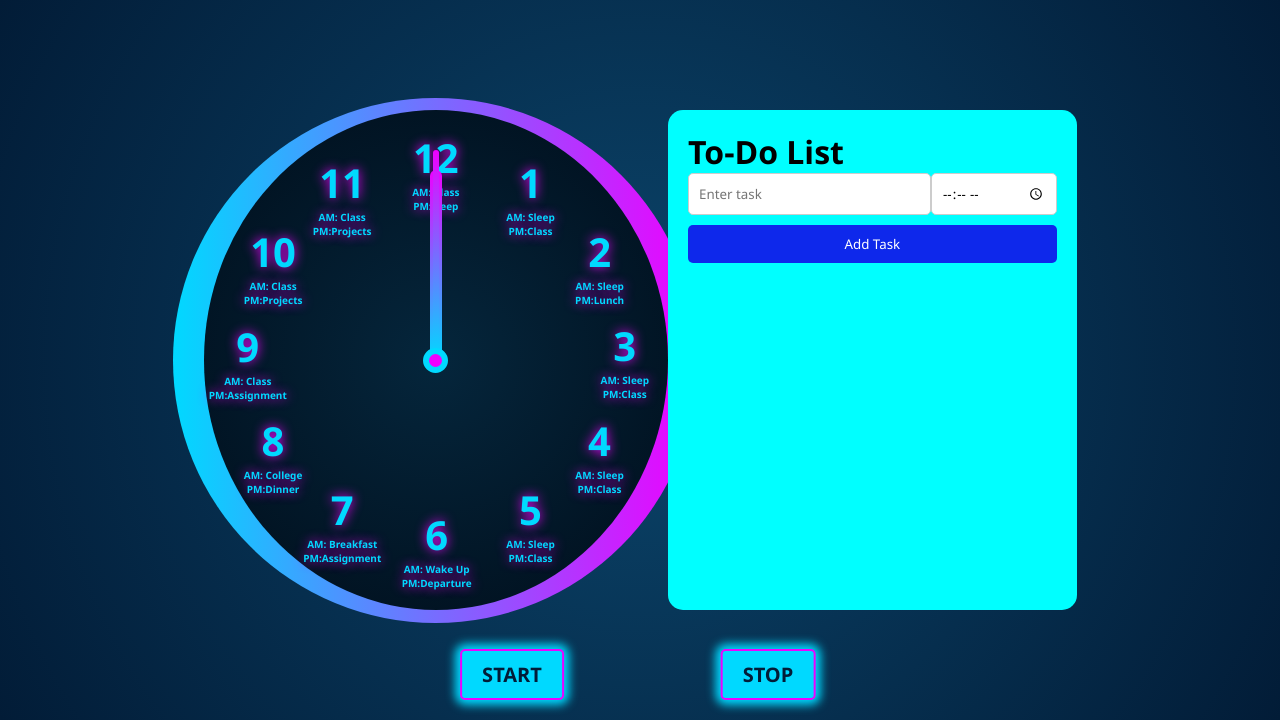
Repository: Suryansh-D/Cool-Clock
Page: index.html
These files come from the project's save history. The page is drawn as it stood at one moment and after the next save; the edit follows.
The browser window is 1280 px wide. The pictures show the whole page.

Above is the page before, as saved 2024-01-30 18:41:29.

### index.html
<!DOCTYPE html>
<html>
<head>
    <title>Schedule Clock</title>
    <link rel="stylesheet" href="style.css">
</head>
<body>
    <div class="All">
    <div class="clock" id="clock">
        <div class="number" style="--n:1"><b>1 <p class="task">AM: Sleep<p class="task">PM:Class</p></p></b></div>
        <div class="number" style="--n:2"><b>2 <p class="task">AM: Sleep<p class="task">PM:Lunch</p></p></b></div>
        <div class="number" style="--n:3"><b>3 <p class="task">AM: Sleep<p class="task">PM:Class</p></p></b></div>
        <div class="number" style="--n:4"><b>4 <p class="task">AM: Sleep<p class="task">PM:Class</p></p></b></div>
        <div class="number" style="--n:5"><b>5 <p class="task">AM: Sleep<p class="task">PM:Class</p></p></b></div>
        <div class="number" style="--n:6"><b>6 <p class="task">AM: Wake Up<p class="task">PM:Departure</p></p></b></div>
        <div class="number" style="--n:7"><b>7 <p class="task">AM: Breakfast<p class="task">PM:Assignment</p></p></b></div>
        <div class="number" style="--n:8"><b>8 <p class="task">AM: College<p class="task">PM:Dinner</p></p></b></div>
        <div class="number" style="--n:9"><b>9 <p class="task">AM: Class<p class="task">PM:Assignment</p></p></b></div>
        <div class="number" style="--n:10"><b>10 <p class="task">AM: Class<p class="task">PM:Projects</p></p></b></div>
        <div class="number" style="--n:11"><b>11 <p class="task">AM: Class<p class="task">PM:Projects</p></p></b></div>
        <div class="number" style="--n:12"><b>12 <p class="task">AM: Class<p class="task">PM:Sleep</p></p></b></div>
        <div class="hour-hand" id="hour-hand"></div>
        <div class="minute-hand" id="minute-hand"></div>
        <div class="second-hand" id="second-hand"></div>
        <div class="center-dot"></div>
    </div>
    <button class="start-btn" id="start-btn"><b>START</b></button>
    <button class="stop-btn" id="stop-btn"><b>STOP</b></button>
    <!-- <button class="To-do" id="ToDobutton"><b>Make a To Do List</b></button> -->
    <div class="ToDoContainer" id="ToDoContainer">
        <h1>To-Do List</h1>
        <div class="entry">
        <input type="text" id="task-input" placeholder="Enter task" class="entertask">
        <input type="time" id="time-input" class="entertime"></div>
        <button onclick="addTask()" class="addtask">Add Task</button>
        <ul id="task-list">
        </ul>
        </div>
        </div>


      </div><script src="script.js"></script>
</body>
</html>

### style.css
*{
    margin: 0;
    padding: 0;
    box-sizing: border-box;
    font-family: 'Segoe UI', Tahoma, Geneva, Verdana, sans-serif;
}

body{
    display: flex;
    justify-content: center;
    align-items: center;
    height: 100vh;
    background: radial-gradient(circle,#0b456b, #021c37)
}
.clock{
    width: 500px;
    height: 500px;
    position: relative;
    background-color: lightgray;
    border-radius: 50%;
    display: flex;
    justify-content: center;
    align-items: center;
    background: radial-gradient(circle,#05263c , #000d1a);
}
.clock::before{
    content: "";
    position: absolute;
    width: 525px;
    height: 525px;
    border-radius: 50%;
    background:linear-gradient(to right, #00d9ff,#ee00ff);
    box-shadow: 0 0 0 15px 15px rgba(0,0,0,0.2);
    z-index: -1;

}
.number{
    transform: rotate(calc(30deg * var(--n)));
    position: absolute;
    text-align: center;
    inset: 20px;
    font-size: 40px;
    color:#00d9ff;
    text-shadow:0 0 12px #ee00ff;
}
.number b{
    transform: rotate(calc(-30deg * var(--n)));
    display: inline-block;
}

.center-dot{
    position: absolute;
    width: 25px;
    height: 25px;
    background-color: #ee00ff;
    border:6px solid #00d9ff;
    border-radius: 50%;
}

.hour-hand, .minute-hand, .second-hand{
    --rotate:0;
    position: absolute;
    left: 50%;
    bottom: 50%;
    transform: translate(-50%) rotate(calc(var(--rotate)*1deg));
    transform-origin: bottom;
    border-radius: 30px 30px 0 0;
}
.hour-hand{
   width:12px;
    height: 130px;
    background:linear-gradient(#00d9ff, #ee00ff );
}
.minute-hand{
    width:12px;
    height: 190px;
    background:linear-gradient(to top, #00d9ff, #ee00ff );
}
.second-hand{
    width: 6px;
    height: 210px;
    background:linear-gradient(to top, #00d9ff, #ee00ff );
}

.start-btn{
    position: absolute;
    bottom: 20px;
    left: 40%;
    transform: translateX(-50%);
    padding: 10px 20px;
    background-color: #00d9ff;
    border: 2px solid #ee00ff;
    border-radius: 5px;
    color: #021c37;
    font-size: 20px;
    font-weight: 500;
    cursor: pointer;
    transition: all 0.3s ease;
    box-shadow: 0 0 10px 5px #00d9ff;
}
.stop-btn{
    position: absolute;
    bottom: 20px;
    left: 60%;
    transform: translateX(-50%);
    padding: 10px 20px;
    background-color: #00d9ff;
    border: 2px solid #ee00ff;
    border-radius: 5px;
    color: #021c37;
    font-size: 20px;
    font-weight: 500;
    cursor: pointer;
    transition: all 0.3s ease;
    font-family:'Times New Roman', Times, serif;
    box-shadow: 0 0 10px 5px #00d9ff;
}
.task{
    font-size: 10px
}
.To-do{
    font-size: 20px;
    font-weight: 500;
    color: #00d9ff;
    text-shadow:0 0 12px #ee00ff;
    background-color: #021c37;

}

/* To do */

#task-list {
    list-style: none;
    padding: 0;
    margin: 0;
  }

  #task-list li {
    margin-bottom: 5px;
    padding: 10px;
    margin: 10px 0;
    background-color: #c742db;
    color: #fff;
    border-radius: 5px;
  }

  #task-list li button {
    float: right;
    background-color: transparent;
    border: none;
    cursor: pointer;
  }
  .ToDoContainer {
    width: 50%;
    max-width: 600px;
    margin: 0 auto;
    padding: 20px;
    background-color: aqua;
    border-radius: 15px;
  }
  .entertask{
    width: 100%;
    padding: 10px;
    border: 1px solid #ccc;
    border-radius: 5px;
    box-sizing: border-box;
    margin-bottom: 10px;
  }
  .entertime{
    width: 50%;
    padding: 10px;
    border: 1px solid #ccc;
    border-radius: 5px;
    box-sizing: border-box;
    margin-bottom: 10px;
  }
  .addtask{
    width: 100%;
    background-color: #0e28eb;
    color: #fff;
    padding: 10px;
    border: none;
    border-radius: 5px;
    cursor: pointer;
  }
  .entry{
    display: flex;
    justify-content: space-between;
  }
  .All{
  display:flex;
    justify-content: space-between;
  }

### script.js


const secondHand = document.getElementById('second-hand');
const minsHand = document.getElementById('minute-hand');
const hourHand = document.getElementById('hour-hand');
const startButton = document.getElementById('start-btn');
const stopButton = document.getElementById('stop-btn');
const ToDobutton = document.getElementById('ToDobutton');
const ToDoContainer = document.getElementById('ToDoContainer');
const Clock = document.getElementById('clock');


// ToDoContainer.style.display = 'none';
// ToDobutton.addEventListener('click', () => {
//     ToDoContainer.style.display = 'block';
//     Clock.style.display = 'none';
//     ToDobutton.innerHTML = 'View Clock';

// });
//  if(ToDobutton.innerHTML === 'View Clock'){
//     ToDoContainer.addEventListener('click', () => {
//     ToDoContainer.style.display = 'none';
//     Clock.style.display = 'block';
//     ToDobutton.innerHTML = 'View To Do List';});}




startButton.addEventListener('mouseenter', () => {
    startButton.style.backgroundColor = 'lightgreen';
}
);
startButton.addEventListener('mouseleave', () => {
    startButton.style.backgroundColor = 'skyblue'

}
);
stopButton.addEventListener('mouseenter', () => {
    stopButton.style.backgroundColor = 'red';
}
);
stopButton.addEventListener('mouseleave', () => {
    stopButton.style.backgroundColor = 'skyblue';
}
);
startButton.addEventListener('click', () => {
    startButton.style.display = 'none';
    stopButton.style.display = 'inline-block';
    clockTick();
}
);

stopButton.addEventListener('click', () => {
    stopButton.style.display = 'none';
    startButton.style.display = 'inline-block';
}
);
function clockTick(){
    const date = new Date();
    const seconds = date.getSeconds()/60;
    const mins = (seconds + date.getMinutes())/60;
    const hours = (mins + date.getHours())/12;

    rotateClockHand(secondHand, seconds);
    rotateClockHand(minsHand, mins);
    rotateClockHand(hourHand, hours);
}

function rotateClockHand(element, rotation){
    element.style.setProperty('--rotate', rotation * 360);
}



let clockInterval;

function startClock() {
    clockInterval = setInterval(clockTick, 1000);
    console.log('start');
}

function stopClock() {
    clearInterval(clockInterval);
    console.log('stop');
}
startButton.addEventListener('click', startClock);
stopButton.addEventListener('click', stopClock);

// To Do

const taskInput = document.getElementById('task-input');
const timeInput = document.getElementById('time-input');
const taskList = document.getElementById('task-list');

function addTask() {
  const task = taskInput.value;
  const time = timeInput.value;

  if (task) {
    const listItem = document.createElement('li');
    listItem.textContent = task + ' - ' + time;
    const removeButton = document.createElement('button');
    removeButton.textContent = "Remove";
    removeButton.addEventListener('click', () => listItem.remove());
    listItem.appendChild(removeButton);
    taskList.appendChild(listItem);

    taskInput.value = '';
    timeInput.value = '';
  }
}

After the next save:
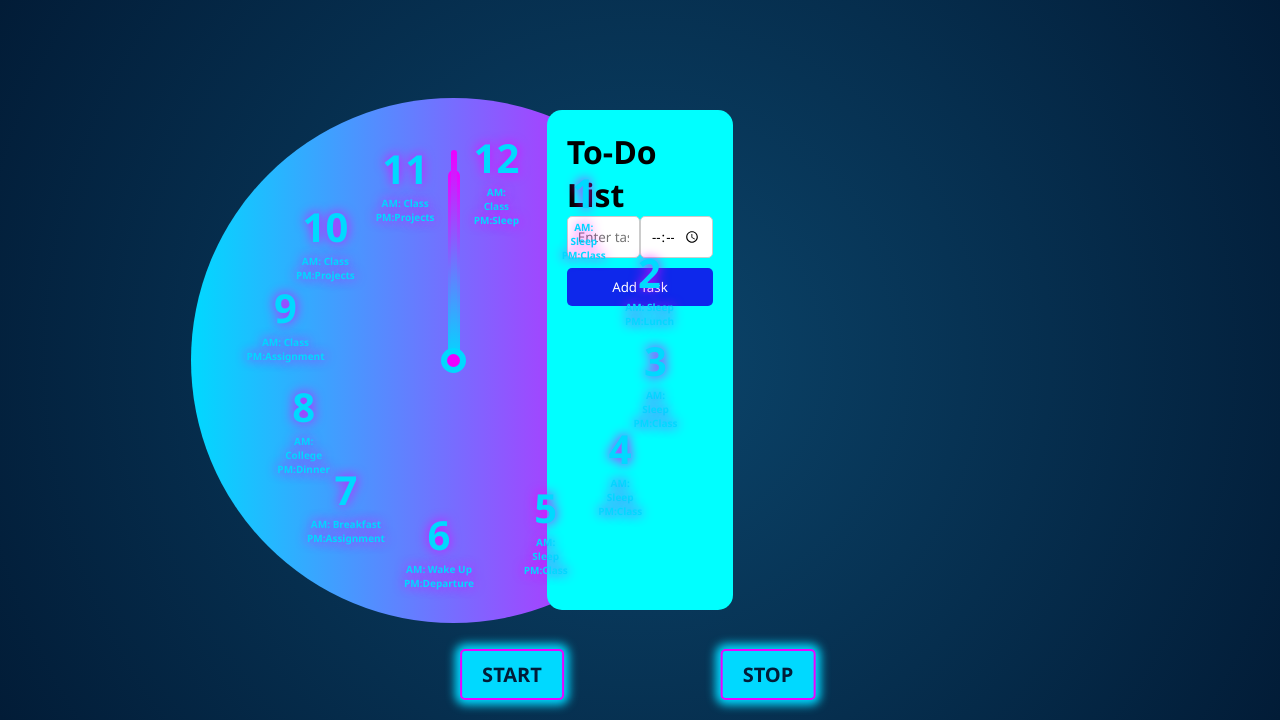
Saved 20 s later.
--- a/style.css
+++ b/style.css
@@ -13,7 +13,7 @@
     background: radial-gradient(circle,#0b456b, #021c37)
 }
 .clock{
-    width: 500px;
+    width: auto;
     height: 500px;
     position: relative;
     background-color: lightgray;

After the save that followed:
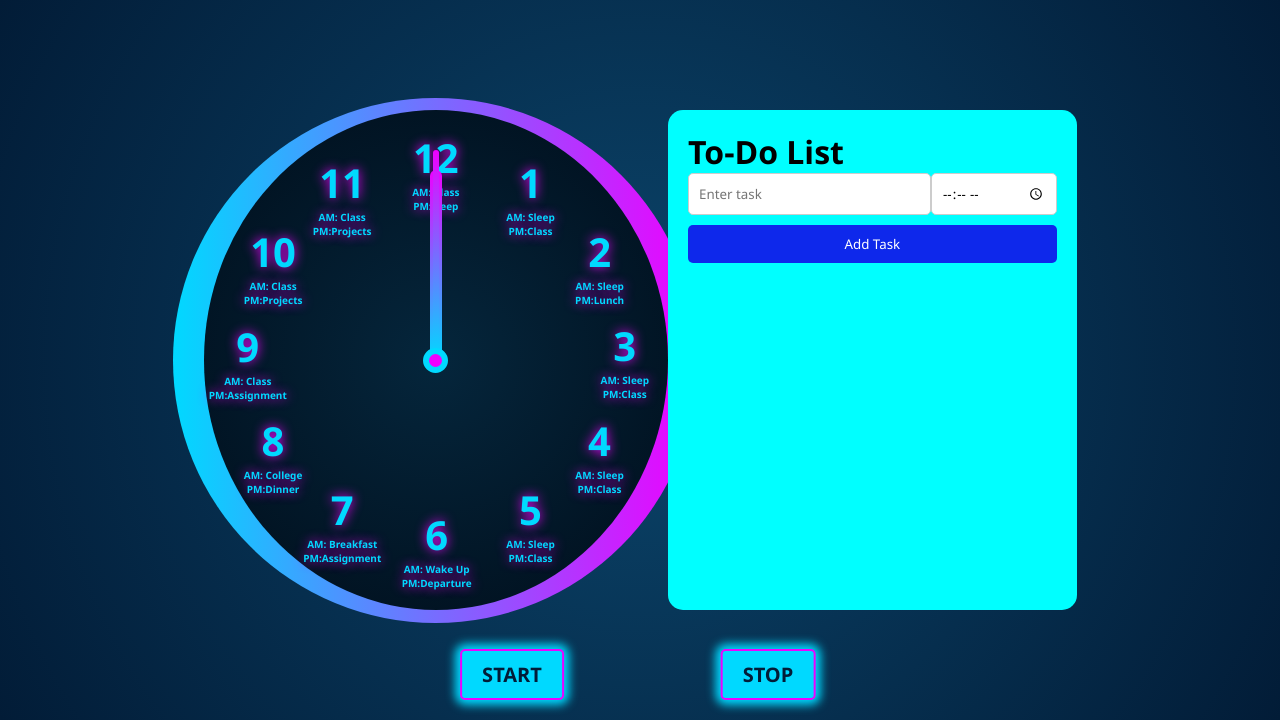
Saved 8 s later.
--- a/style.css
+++ b/style.css
@@ -13,7 +13,7 @@
     background: radial-gradient(circle,#0b456b, #021c37)
 }
 .clock{
-    width: auto;
+    width: 500px;
     height: 500px;
     position: relative;
     background-color: lightgray;
